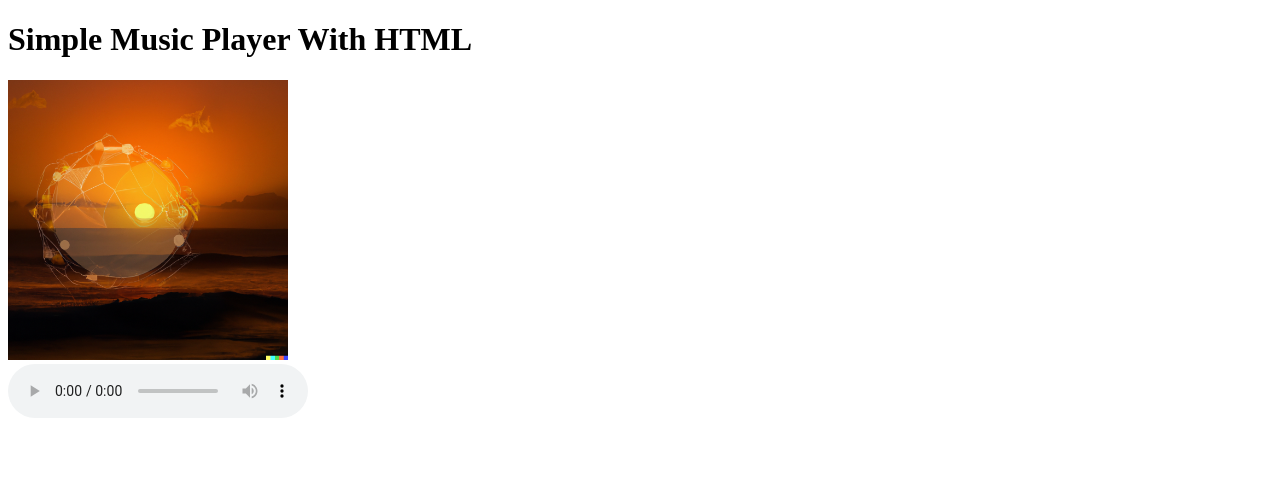
Repository: punitbathija/Placement-Assitance-iNeuron
Page: musicplayer.html
These files come from the project's save history. The page is drawn as it stood at one moment and after the next save; the edit follows.
The browser window is 1280 px wide. The pictures show the whole page.

Above is the page before, as saved 2023-05-18 15:05:07.

After the next save:
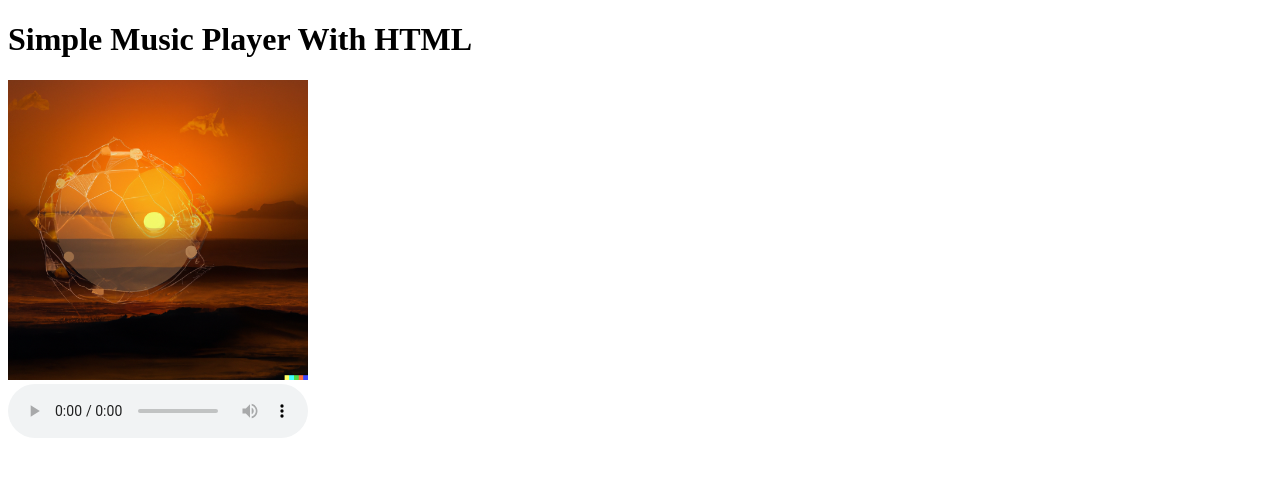
Saved 5 s later.
--- a/musicplayer.html
+++ b/musicplayer.html
@@ -11,7 +11,7 @@
       <h1>Simple Music Player With HTML</h1>
     </header>
     <section>
-      <img src="./cover.png" height="280px" width="280px" />
+      <img src="./cover.png" height="300px" width="300px" />
       <br />
       <audio controls>
         <source src="leva-eternity.mp3" type="audio/mp3" />
